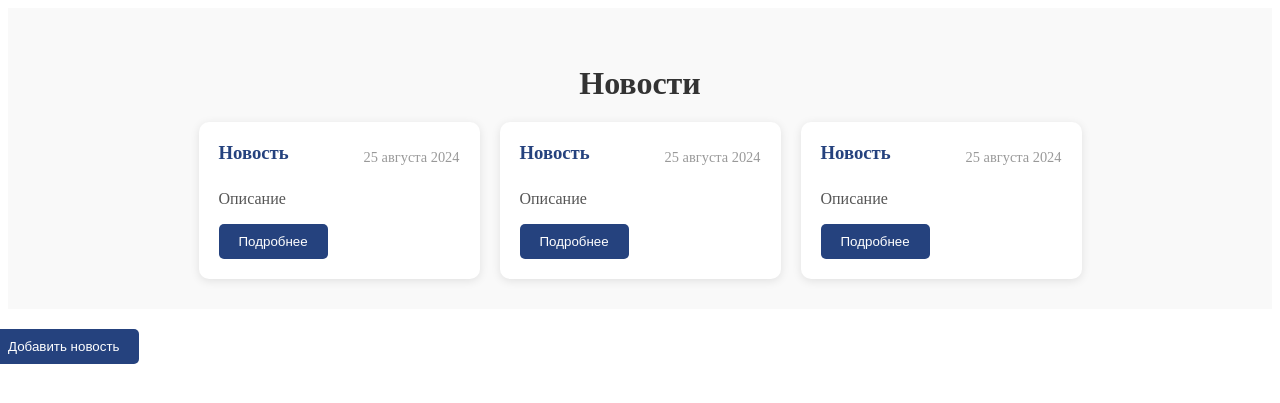
Repository: MaratLK/PLKFrontend
Page: Templates/NewsForIndex.html
An editor plug-in stored every save of this project. The page is shown before and after the next save, followed by the edit.
The browser window is 1280 px wide. The pictures show the whole page.

Above is the page before, as saved 2024-08-25 07:43:48.

### Templates/NewsForIndex.html
<!DOCTYPE html>
<html lang="en">
  <head>
    <meta charset="UTF-8" />
    <meta name="viewport" content="width=device-width, initial-scale=1.0" />
    <title>Document</title>
    <style>
      .news {
        padding: 30px;
        background-color: #f9f9f9;
        text-align: center;
      }

      .news h2 {
        font-size: 2em;
        color: #333;
        margin-bottom: 20px;
      }

      .news-container {
        display: flex;
        justify-content: center;
        flex-wrap: wrap;
        gap: 20px;
      }

      .news-card {
        background-color: #ffffff;
        border-radius: 10px;
        box-shadow: 0 2px 10px rgba(0, 0, 0, 0.1);
        padding: 20px;
        width: calc(25% - 20px);
        box-sizing: border-box;
        text-align: left;
      }

      .news-card h3 {
        margin: 0 0 10px;
        color: #25427e;
      }

      .news-card p {
        color: #555;
      }

      .news-card button {
        background-color: #25427e;
        color: white;
        padding: 10px 20px;
        border: none;
        border-radius: 5px;
        cursor: pointer;
        transition: background-color 0.3s;
      }

      .news-card {
        background-color: #ffffff;
        border-radius: 10px;
        box-shadow: 0 2px 10px rgba(0, 0, 0, 0.1);
        padding: 20px;
        width: calc(25% - 20px);
        box-sizing: border-box;
        text-align: left;
        transition: transform 0.3s ease, box-shadow 0.3s ease;
      }

      .news-card:hover {
        transform: translateY(10px) scale(1.05);
        box-shadow: 0 4px 20px rgba(0, 0, 0, 0.2);
      }

      .news-header {
        display: flex;
        justify-content: space-between;
        align-items: center;
      }

      .news-date {
        font-size: 0.9em;
        color: #999;
      }

      /* Стили для модального окна */
      .modal {
        display: none; /* Скрыто по умолчанию */
        position: fixed;
        z-index: 1;
        left: 0;
        top: 0;
        width: 100%;
        height: 100%;
        overflow: auto;
        background-color: rgba(0, 0, 0, 0.5);
      }

      .modal-content {
        background-color: #fefefe;
        margin: 15% auto;
        padding: 20px;
        border: 1px solid #888;
        width: 80%;
        max-width: 500px;
        border-radius: 10px;
      }

      .close-btn {
        color: #aaa;
        float: right;
        font-size: 28px;
        font-weight: bold;
        cursor: pointer;
      }

      .close-btn:hover,
      .close-btn:focus {
        color: black;
        text-decoration: none;
        cursor: pointer;
      }

/* Перемещаем первую кнопку "Добавить новость" в правый верхний угол */
#add-news-btn {
  position: relative; /* Или fixed, если хотите, чтобы кнопка оставалась на месте при прокрутке */
  top: 20px;
  right: 20px;
  background-color: #25427e;
  color: white;
  padding: 10px 20px;
  border: none;
  border-radius: 5px;
  cursor: pointer;
  transition: background-color 0.3s;
}

#add-news-btn:hover {
  background-color: #1a3362;
}


      /* Перемещаем кнопку "Добавить новость" в правый нижний угол */
.fixed-button {
  position: fixed;
  bottom: 20px;
  right: 20px;
  background-color: #25427e;
  color: white;
  padding: 10px 20px;
  border: none;
  border-radius: 5px;
  cursor: pointer;
  transition: background-color 0.3s;
}

.fixed-button:hover {
  background-color: #1a3362;
}

/* Стили для модального окна */
.modal-content {
  background-color: #ffffff;
  margin: 10% auto;
  padding: 20px;
  border: 1px solid #25427e;
  width: 80%;
  max-width: 600px;
  border-radius: 10px;
  box-shadow: 0 4px 20px rgba(0, 0, 0, 0.1);
}

.close-btn {
  color: #25427e;
  float: right;
  font-size: 28px;
  font-weight: bold;
  cursor: pointer;
}

.close-btn:hover, .close-btn:focus {
  color: #1a3362;
}

/* Стили для элементов формы внутри модального окна */
#news-form label {
  display: block;
  margin-top: 10px;
  color: #333;
  font-weight: bold;
}

#news-form input[type="text"],
#news-form input[type="date"],
#news-form textarea,
#news-form input[type="file"] {
  width: 100%;
  padding: 10px;
  margin-top: 5px;
  border-radius: 5px;
  border: 1px solid #ccc;
  box-sizing: border-box;
}

#news-form button {
  background-color: #25427e;
  color: white;
  padding: 10px 20px;
  border: none;
  border-radius: 5px;
  cursor: pointer;
  transition: background-color 0.3s;
  margin-top: 20px;
  display: block;
}

#news-form button:hover {
  background-color: #1a3362;
}

    </style>
  </head>
  <body>
    <section id="news" class="news">
      <h2>Новости</h2>
      <div class="news-container">
        <div class="news-card">
          <div class="news-header">
            <h3>Новость</h3>
            <span class="news-date">25 августа 2024</span>
          </div>
          <p>Описание</p>
          <button class="open-modal" data-news="news1">Подробнее</button>
        </div>

        <div class="news-card">
          <div class="news-header">
            <h3>Новость</h3>
            <span class="news-date">25 августа 2024</span>
          </div>
          <p>Описание</p>
          <button class="open-modal" data-news="news1">Подробнее</button>
        </div>

        <div class="news-card">
          <div class="news-header">
            <h3>Новость</h3>
            <span class="news-date">25 августа 2024</span>
          </div>
          <p>Описание</p>
          <button class="open-modal" data-news="news1">Подробнее</button>
        </div>
      </div>
    </section>

    <!-- Кнопка для открытия модального окна -->
    <button id="add-news-btn">Добавить новость</button>

<!-- Модальное окно -->
<div id="news-modal" class="modal">
    <div class="modal-content">
      <span class="close-btn">&times;</span>
      <h3>Добавить новость</h3>
      <form id="news-form">
        <label for="news-title">Название:</label>
        <input type="text" id="news-title" name="title" required>

        <label for="news-date">Дата:</label>
        <input type="date" id="news-date" name="date" required>

        <label for="news-description">Описание:</label>
        <textarea id="news-description" name="description" required></textarea>

        <label for="news-images">Загрузить изображения (до 5 штук):</label>
        <input type="file" id="news-images" name="images" accept="image/*" multiple required>

        <button type="submit">Добавить</button>
      </form>
    </div>
  </div>

    <script>
      // Получаем элементы
      const modal = document.getElementById("news-modal");
      const btn = document.getElementById("add-news-btn");
      const closeBtn = document.querySelector(".close-btn");
      const form = document.getElementById("news-form");
      const newsContainer = document.querySelector(".news-container");

      // Открытие модального окна
      btn.addEventListener("click", () => {
        modal.style.display = "block";
      });

      // Закрытие модального окна
      closeBtn.addEventListener("click", () => {
        modal.style.display = "none";
      });

      // Закрытие модального окна при клике вне его
      window.addEventListener("click", (event) => {
        if (event.target == modal) {
          modal.style.display = "none";
        }
      });

      // Добавление новой карточки при отправке формы
      form.addEventListener("submit", (event) => {
        event.preventDefault();

        // Получение данных формы
        const title = document.getElementById("news-title").value;
        const date = document.getElementById("news-date").value;
        const description = document.getElementById("news-description").value;

        // Создание новой карточки
        const newCard = document.createElement("div");
        newCard.classList.add("news-card");
        newCard.innerHTML = `
    <div class="news-header">
      <h3>${title}</h3>
      <span class="news-date">${new Date(date).toLocaleDateString("ru-RU", {
        day: "numeric",
        month: "long",
        year: "numeric",
      })}</span>
    </div>
    <p>${description}</p>
    <button class="open-modal" data-news="news1">Подробнее</button>
  `;

        // Добавление новой карточки в контейнер
        newsContainer.appendChild(newCard);

        // Закрытие модального окна и очистка формы
        modal.style.display = "none";
        form.reset();
      });

      form.addEventListener('submit', (event) => {
  event.preventDefault();

  const title = document.getElementById('news-title').value;
  const date = document.getElementById('news-date').value;
  const description = document.getElementById('news-description').value;
  const images = document.getElementById('news-images').files;

  const newCard = document.createElement('div');
  newCard.classList.add('news-card');

  let imagesHtml = '';
  if (images.length > 0) {
    for (let i = 0; i < Math.min(images.length, 5); i++) {
      const imgURL = URL.createObjectURL(images[i]);
      imagesHtml += `<img src="${imgURL}" alt="Новость изображение" style="max-width: 100%; margin-top: 10px;">`;
    }
  }

  newCard.innerHTML = `
    <div class="news-header">
      <h3>${title}</h3>
      <span class="news-date">${new Date(date).toLocaleDateString('ru-RU', { day: 'numeric', month: 'long', year: 'numeric' })}</span>
    </div>
    <p>${description}</p>
    ${imagesHtml}
    <button class="open-modal" data-news="news1">Подробнее</button>
  `;

  newsContainer.appendChild(newCard);

  modal.style.display = 'none';
  form.reset();
});

    </script>
  </body>
</html>

After the next save:
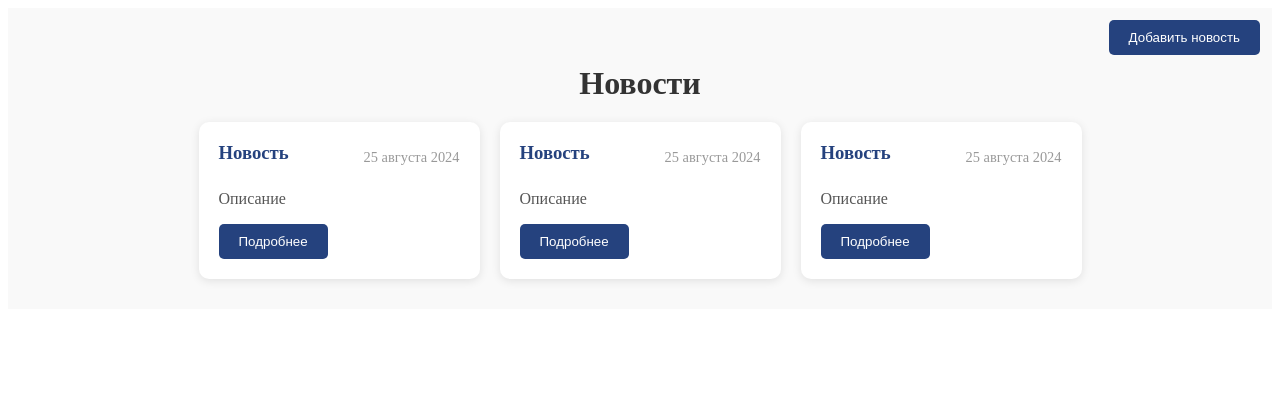
Saved 18 s later.
--- a/Templates/NewsForIndex.html
+++ b/Templates/NewsForIndex.html
@@ -120,7 +120,7 @@
 
 /* Перемещаем первую кнопку "Добавить новость" в правый верхний угол */
 #add-news-btn {
-  position: relative; /* Или fixed, если хотите, чтобы кнопка оставалась на месте при прокрутке */
+  position: absolute; /* Или fixed, если хотите, чтобы кнопка оставалась на месте при прокрутке */
   top: 20px;
   right: 20px;
   background-color: #25427e;
